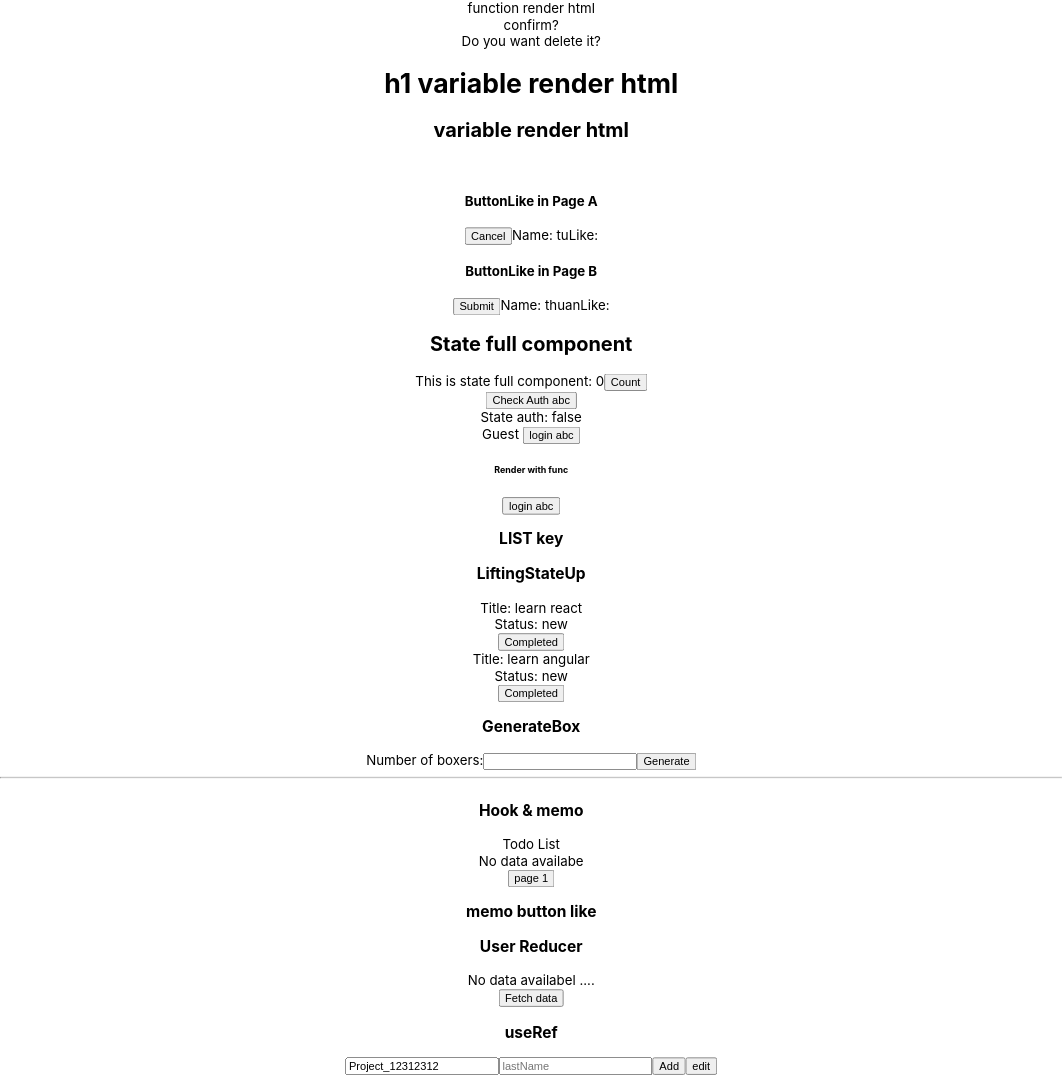
Repository: HoangTu18/reactjs-exercise
Page: /
The author's editor kept a copy of each file at every save. The page is drawn from the files as they stood at one save, then again after the next save.
The browser window is 1280 px wide. The pictures show the whole page, at 83% of full size.
The page's requests for data from a server got no answer. The project was rebuilt for these pictures with package versions that can differ from the ones it lists, and the page was loaded fresh each time. No one was signed in, and anything a server would have sent is missing. Also part of the build but not shown: src/pages/StateObject.jsx, src/components/GenerateBox/GenerateBoxItem.jsx.

Above is the page before, as saved 2022-06-12 10:30:11.

### src/App.js
import "./App.css";
import ButtonLike from "./components/ButtonLike";
import TitleSimple from "./components/TitleSimple";
import StateFullComponent from "./components/StateFullComponent";
import StateObject from "./pages/StateObject";
import ConditionalRender from "./pages/conditionalRender";
import LiftingStateUp from "./exercise/LiftingStateUp";
import GenerateBox from "./exercise/GenerateBox";
import Hook from "./pages/Hook";
import UserReduer from "./pages/UserReduer";
import UseRef from "./components/useRef";
function App() {
  const isLoading = true;
  // varible render html
  const ele1 = (
    <div>
      <h1>h1 variable render html</h1>
      <h2> variable render html</h2>
    </div>
  );
  return (
    <div className="App">
      <div>function render html</div>
      {isLoading ? <TitleSimple /> : "123"}
      {ele1}
      <br />
      <h4> ButtonLike in Page A</h4>
      <ButtonLike
        text="Cancel"
        type="button"
        className="buttonA"
        onClick={() => {
          console.log("buttonA");
        }}
        name="tu"
      />
      <h4> ButtonLike in Page B</h4>
      <ButtonLike
        type="submit"
        className="buttonB"
        onClick={() => {
          console.log("buttonB");
        }}
        name="thuan"
      />
      <h2>State full component</h2>
      <StateFullComponent />
      {/* <StateObject />
       */}
      <ConditionalRender />
      <h3>LiftingStateUp</h3>
      <LiftingStateUp />
      <h3>GenerateBox</h3>
      <GenerateBox />
      <h3>Hook & memo</h3>
      <Hook />
      <h3>User Reducer</h3>
      <UserReduer />
      <h3>useRef</h3>
      <UseRef />
    </div>
  );
}

export default App;

### src/components/ButtonLike.jsx
import React from "react";

ButtonLike.propTypes = {};

function ButtonLike({ text = "Submit", name, todoItem, like, ...props }) {
  return (
    <div>
      <button {...props}>{text}</button>
      Name: {name}
      {todoItem && (
        <div>
          <h6>Todo item</h6>
          Todo title: {todoItem?.title}
          Todo price: {todoItem?.price}
        </div>
      )}
      Like: {like}
      <br />
    </div>
  );
}

export default ButtonLike;

### src/components/TitleSimple.jsx
import React from "react";

TitleSimple.propTypes = {};

function TitleSimple(props) {
  return (
    <div>
      confirm? <br />
      Do you want delete it?
    </div>
  );
}

export default TitleSimple;

### src/components/StateFullComponent.jsx
import React from "react";

StateFullComponent.propTypes = {};

function StateFullComponent(props) {
  const [count, setCount] = React.useState(0);
  return (
    <div>
      This is state full component: {count}
      <button
        type="button"
        onClick={() => {
          setCount((prevState) => prevState + 1);
        }}
      >
        Count
      </button>
    </div>
  );
}

export default StateFullComponent;

### src/pages/conditionalRender.jsx
import React, { Fragment, useState } from "react";
import ButtonSimple from "../components/ButtonSimple";

function ConditionalRender() {
  const [todos, setTodos] = useState([
    {
      id: 1,
      title: "react",
    },
    {
      id: 2,
      title: "angular",
    },
  ]);
  const [isAuth, setIsAuth] = useState(false);
  let button = null;
  if (isAuth) {
    button = <ButtonSimple text="logout" />;
  } else {
    button = <ButtonSimple text="login" />;
  }

  function renderButtonLogin() {
    return <ButtonSimple text="login" />;
  }
  function renderButtonLogout() {
    return <ButtonSimple text="logout" />;
  }
  function renderButton() {
    return <div>{isAuth ? renderButtonLogout() : renderButtonLogin()}</div>;
  }

  function handleDeleteTodo(TodoId) {
    const todoIndex = todos.findIndex((todo) => todo.id === TodoId);
    const newTodo = [...todos];
    newTodo.splice(todoIndex, 1);
    console.log(TodoId);
  }

  return (
    <div>
      {/* {array.length > 0 &&
        array.map((item) => {
          return <div key={item}>This is item</div>;
        })} */}
      <ButtonSimple
        text="Check Auth"
        onClick={() => setIsAuth((prevState) => !prevState)}
      />
      <br />
      State auth: {isAuth.toString()}
      {isAuth ? <div>welcome to {button}</div> : <div>Guest {button}</div>}
      <h6>Render with func</h6>
      {isAuth ? renderButtonLogout() : renderButtonLogin()}
      <h3>LIST key</h3>
      {todos.length > 0 ? (
        <>
          {todos.map((todo) => {
            <Fragment key={todo.id}>
              Id: {todo.id} <br />
              title: {todo.title}
              <button type="button" onClick={() => handleDeleteTodo(todo.id)}>
                Delete
              </button>
            </Fragment>;
          })}
        </>
      ) : null}
    </div>
  );
}

export default ConditionalRender;

### src/exercise/LiftingStateUp.jsx
import React, { useState } from "react";
import TodoList from "../components/TodoList";

function LiftingStateUp() {
  const [todos, setTodos] = useState([
    {
      id: 1,
      title: "learn react",
      status: "new",
    },
    {
      id: 2,
      title: "learn angular",
      status: "new",
    },
  ]);
  function handleCompletedTodo(todoId) {
    console.log("handleCompletedTodo: ", todoId);
  }
  return (
    <div>
      <TodoList todos={todos} handleCompletedTodo={handleCompletedTodo} />
    </div>
  );
}

export default LiftingStateUp;

### src/exercise/GenerateBox.jsx
import React, { useState, useRef } from "react";
import GenerateBoxList from "../components/GenerateBox/GenerateBoxList";

function GenerateBox(props) {
  const input = useRef(null);
  let [count, setCount] = useState(0);
  let [boxs, setBoxs] = useState([]);
  function handleGenerate() {
    let tempArr = [...boxs];
    let tempCount = count;
    if (input.current.value <= 0) {
      return alert("please enter for box");
    }
    if (input.current.value > 127) {
      return alert("very box");
    }
    if (input.current.value <= 127) {
      for (let i = 1; i <= input.current.value; i++) {
        tempArr.push({ id: tempCount++ });
      }
    }

    setBoxs(tempArr);
    setCount(tempCount);
  }

  // function handleCount() {}
  return (
    <div>
      <div>
        Number of boxers:
        <input type="number" ref={input} />
        <button onClick={() => handleGenerate()}>Generate</button>
        <hr />
      </div>
      <GenerateBoxList boxs={boxs} />
    </div>
  );
}

export default GenerateBox;

### src/pages/Hook.jsx
import React, { useEffect, useState } from "react";
import ButtonLike from "../components/ButtonLike";
function Hook() {
  const [todos, setTodos] = useState([]);
  const [page, setPage] = useState(1);

  useEffect(() => {
    fetch(`https://jsonplaceholder.typicode.com/todos?_page=${page}&_limit=10`)
      .then((res) => res.json())
      .then((data) => setTodos(data));
  }, [page]);

  useEffect(() => {
    console.log("useEffect 2");
  }, []);

  return (
    <div>
      Todo List
      {todos.length > 0 ? (
        <>
          {todos.map((todo) => (
            <div key={todo.id}>
              id: {todo.id} <br />
              title: {todo.title} <br />
            </div>
          ))}
        </>
      ) : (
        <div>No data availabe</div>
      )}
      <button
        type="button"
        onClick={() => {
          setPage((prevState) => prevState + 1);
        }}
      >
        page {page}
      </button>
      <h3>memo button like</h3>
    </div>
  );
}

export default Hook;

### src/pages/UserReduer.jsx
import React, { useReducer } from "react";

// initialState
const initialState = {
  isLoading: false,
  todos: [],
  isError: false,
};

// actions
function setIsLoading(isLoading) {
  return {
    type: "SET_IS_LOADING",
    payload: isLoading,
  };
}

function setIsError(isError) {
  return {
    type: "SET_IS_ERROR",
    payload: isError,
  };
}

function setTodos(data) {
  return {
    type: "SET_TODO",
    payload: data,
  };
}

// reducer
function reducer(state = initialState, { type, payload }) {
  switch (type) {
    case "SET_IS_LOADING": {
      return {
        ...state,
        isLoading: payload,
      };
    }
    case "SET_IS_ERROR": {
      return {
        ...state,
        isError: payload,
      };
    }
    case "SET_TODO": {
      return {
        ...state,
        todos: payload,
      };
    }
    default:
      return state;
  }
}
function UserReduer() {
  // state
  const [{ isLoading, isError, todos }, dispatch] = useReducer(
    reducer,
    initialState
  );

  // actions
  async function handleFetchData() {
    dispatch(setIsLoading(true));
    dispatch(setIsError(false));
    try {
      const res = await fetch(
        "https://tony-json-server.herokuapp.com/api/todos"
      );
      const data = await res.json();
      dispatch(setTodos(data.data));
    } catch (error) {
      dispatch(setIsError(true));
    }
    dispatch(setIsLoading(false));
  }

  // view
  if (isLoading) return <div>Loading ....</div>;
  if (isError) return <div>Something error ....</div>;
  return (
    <div>
      {todos.length === 0 ? (
        <div>
          No data availabel .... <br />
        </div>
      ) : (
        <>
          {todos.map((todo, index) => (
            <div key={index}>
              ID: {todo.id} <br />
              Title: {todo.title}
            </div>
          ))}
        </>
      )}
      <button type="button" onClick={handleFetchData}>
        Fetch data
      </button>
    </div>
  );
}

export default UserReduer;

### src/components/useRef.jsx
import React, { useEffect, useRef, useState } from "react";

function UseRef(props) {
  // states
  const [firstName, setFirstName] = useState("Project_12312312");

  const firstNameRef = useRef(null);
  const [isFlag, setIsFlag] = useState(false);
  const firstRenderRef = useRef(null);

  let lastNameJs = "truong";
  // useEffect
  useEffect(() => {
    if (firstRenderRef.current) {
      firstRenderRef.current = false;
      lastNameJs = "tu";
    }
  }, [isFlag]);
  // refs

  function onSubmit() {
    console.log("ref: ", firstNameRef.current);
    firstNameRef.current.focus();
  }

  function onEdit() {
    firstNameRef.current.focus();
    // console.log("klength: ", firstNameRef.length);
    firstNameRef.current.setSelectionRange(
      0,
      firstNameRef.current.value.length
    );
  }

  function onChangeFirstName(e) {
    setFirstName(e.target.value);
  }
  return (
    <div>
      <input
        ref={firstNameRef}
        type="text"
        placeholder="firstName"
        value={firstName}
        onChange={onChangeFirstName}
      />
      <input type="text" placeholder="lastName" />
      <button type="button" onClick={onSubmit}>
        Add
      </button>
      <button type="button" onClick={onEdit}>
        edit
      </button>
    </div>
  );
}

export default UseRef;

### src/components/ButtonSimple.jsx
import React from "react";
import styles from "./buttonSimple.module.css";
function ButtonSimple({ text = "Submit", type = "button", ...props }) {
  return (
    <button type={type} className={styles.buttonSimple} {...props}>
      {text} abc
    </button>
  );
}

export default ButtonSimple;

### src/components/TodoList.jsx
import React from "react";
import TodoItem from "./TodoItem";

function TodoList({ todos, handleCompletedTodo }) {
  return (
    <div>
      {todos.map((todo) => (
        <TodoItem todo={todo} handleCompletedTodo={handleCompletedTodo} />
      ))}
    </div>
  );
}

export default TodoList;

### src/components/GenerateBox/GenerateBoxList.jsx
import React from "react";
import GenerateBoxItem from "./GenerateBoxItem";

function GenerateBoxList({ boxs  }) {
  return (
    <div style={{ display: "flex", flexWrap: "wrap" }}>
      {boxs.map((boxs) => (
        <GenerateBoxItem boxs={boxs} />
      ))}
    </div>
  );
}

export default GenerateBoxList;

### src/components/TodoItem.jsx
import React from "react";

function TodoItem({ todo, handleCompletedTodo }) {
  console.log("todo item:", todo);
  return (
    <div>
      Title: {todo.title} <br />
      Status: {todo.status} <br />
      <button type="button" onClick={() => handleCompletedTodo(todo.id)}>
        Completed
      </button>
    </div>
  );
}

export default TodoItem;

Loaded but not shown: public/index.html (common file); src/index.js (common file); src/index.css (common file); src/reportWebVitals.js (common file); src/App.css (common file); src/components/buttonSimple.module.css (no stored copy; drawn as an empty file)

After the next save:
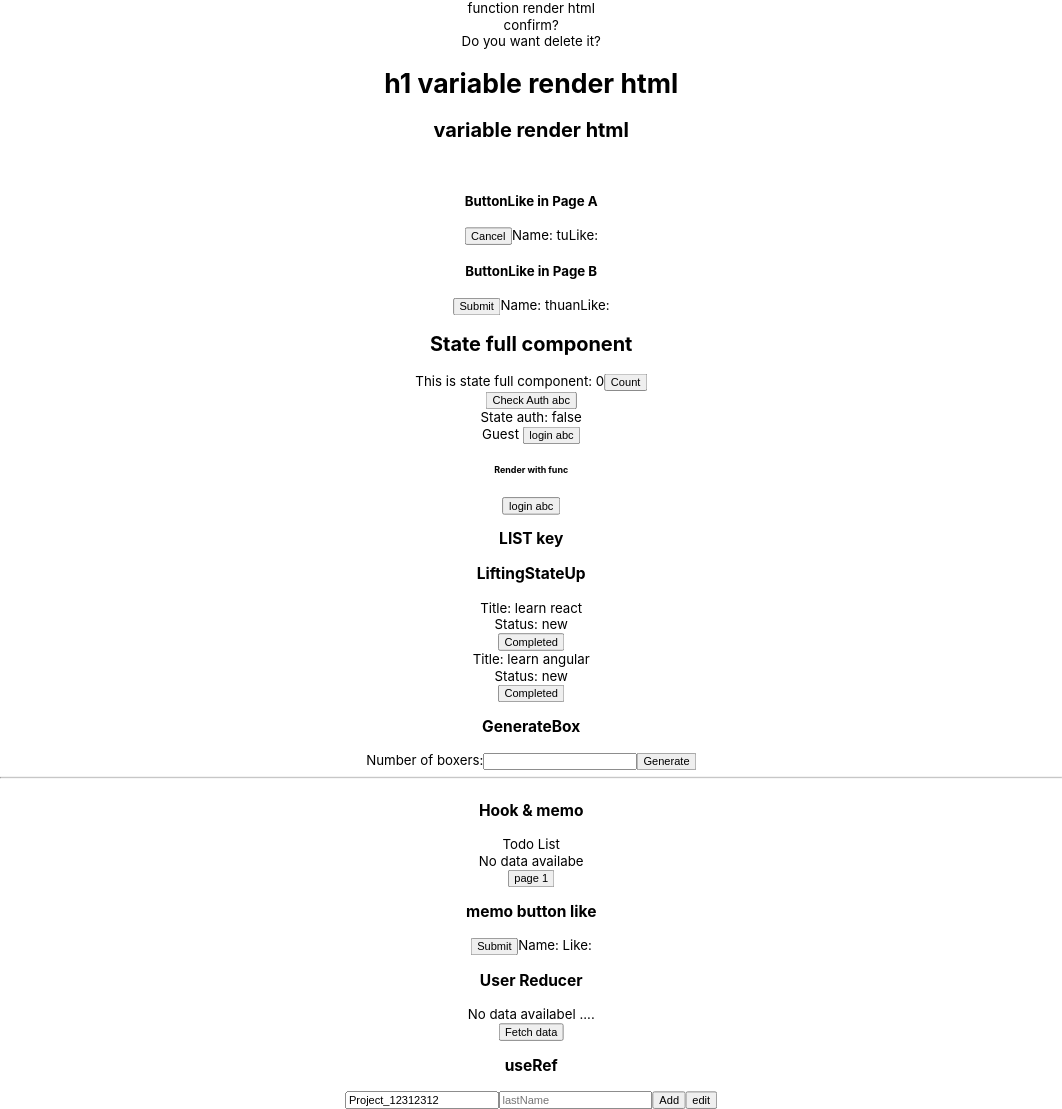
Saved 5 s later.
--- a/src/pages/Hook.jsx
+++ b/src/pages/Hook.jsx
@@ -38,6 +38,7 @@ function Hook() {
         page {page}
       </button>
       <h3>memo button like</h3>
+      <ButtonLike />
     </div>
   );
 }
